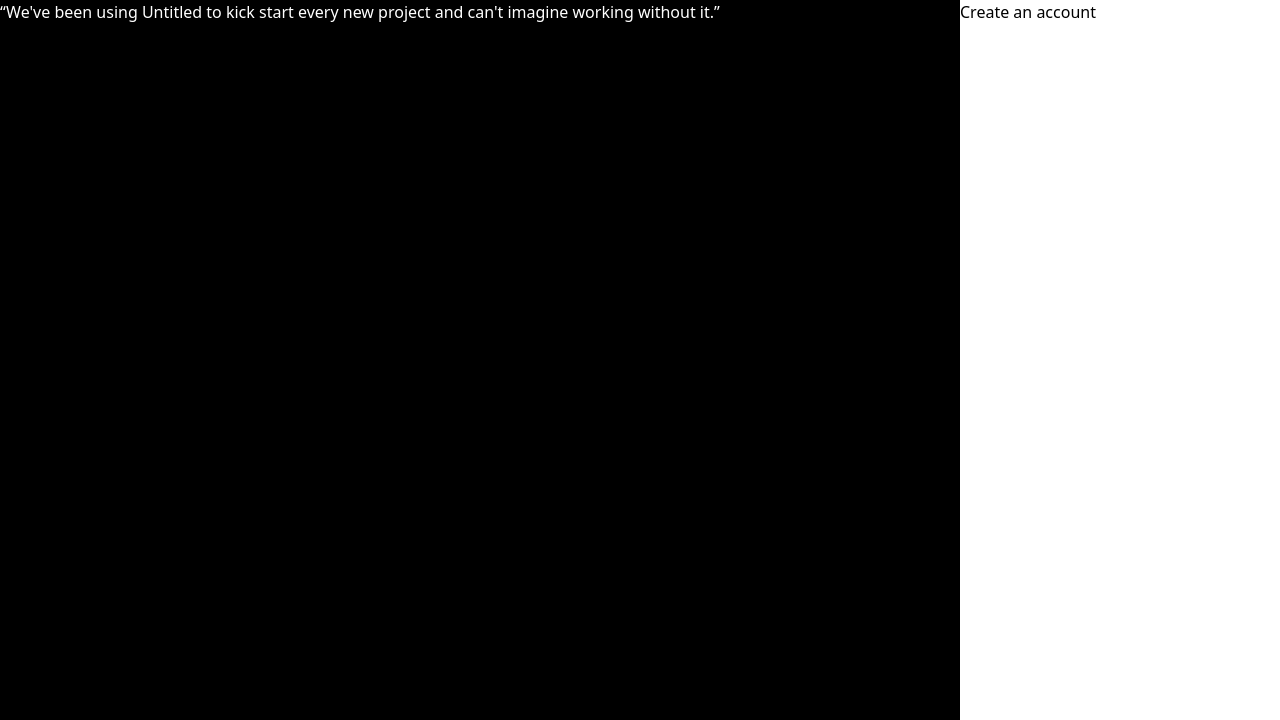
Repository: debthebuilder/youtube-html-contact-form-tailwindcss
Page: contact.html
An editor plug-in stored every save of this project. The page is shown before and after a run of saves, followed by the edit.
The browser window is 1280 px wide. The pictures show the whole page.
Some web libraries are served in a nearby version.

Above is the page before, as saved 2022-08-03 05:24:50.

After the next 8 saves:
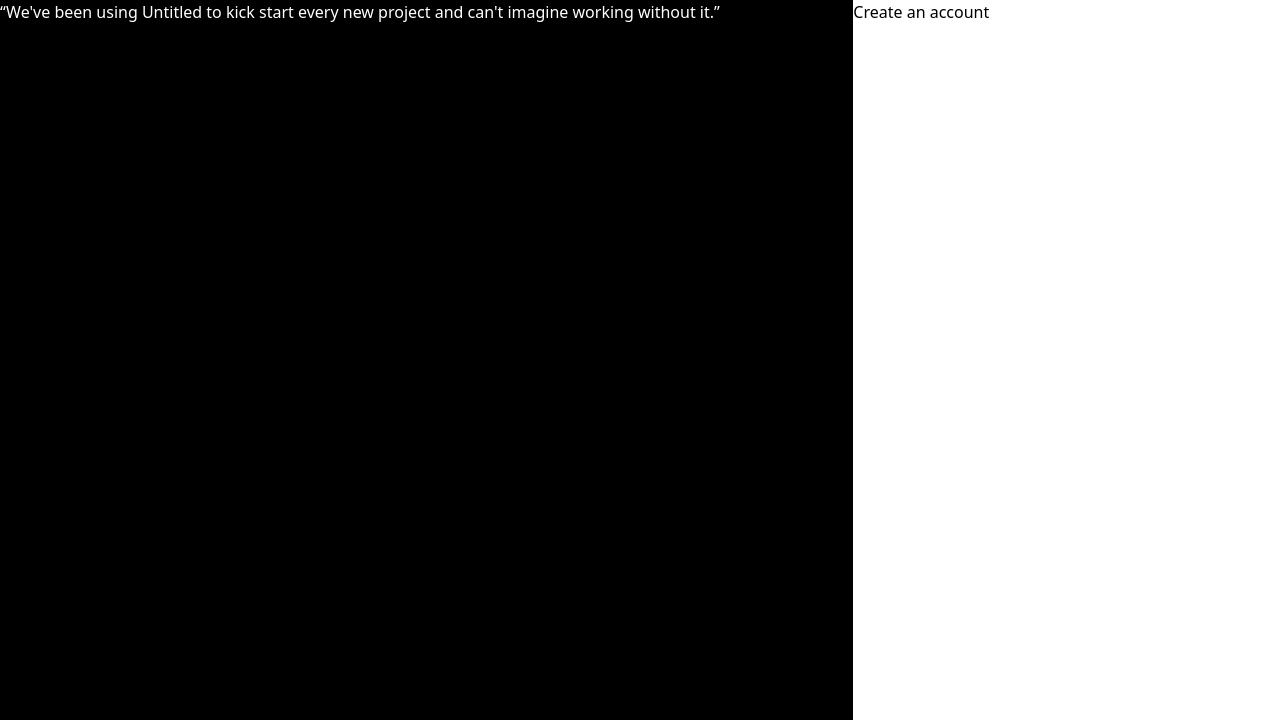
The 8 saves are shown as one change because they came seconds apart.
The last was saved 32 s later.
--- a/contact.html
+++ b/contact.html
@@ -10,11 +10,11 @@
 <body>
     <div class="w-full h-screen flex">
         <!--Background Image with Overlay text-->
-        <div class="w-3/4 bg-black text-white">
+        <div class="w-4/6 bg-black text-white">
             <q>We've been using Untitled to kick start every new project and can't imagine working without it.</q>
         </div>
         <!--Form-->
-        <div>
+        <div class="w-2/6">
             <h2>Create an account</h2>
         </div>
     </div>
